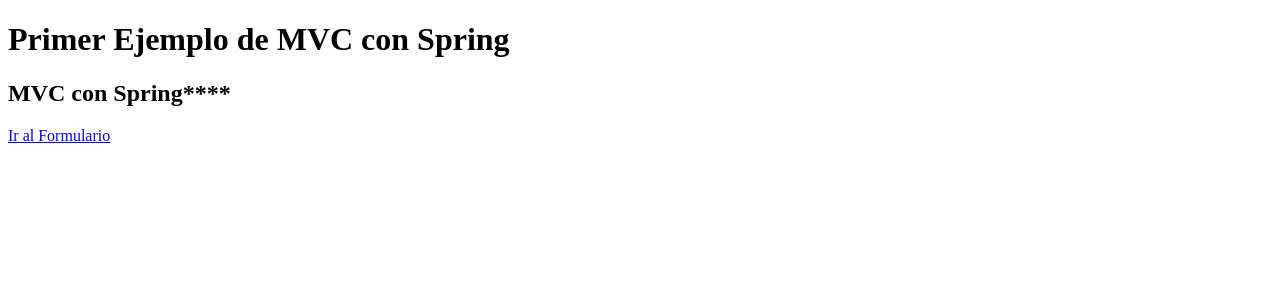
Repository: darwinuzcategui/cursoSpring
Page: http://localhost/Spring_Ejemplo1_MVC/
The author's editor kept a copy of each file at every save. The page is drawn from the files as they stood at one save, then again after the next save.
The browser window is 1280 px wide. The pictures show the whole page.
The page is served by Tomcat 9. Other server files are loaded and not shown.

Above is the page before, as saved 2021-02-08 01:13:17.

### Spring_Ejemplo1_MVC/WebContent/WEB-INF/vista/paginaEjemplo.jsp
<%@ page language="java" contentType="text/html; charset=UTF-8"
    pageEncoding="UTF-8"%>
<!DOCTYPE html>
<html>
<head>
<meta charset="UTF-8">
<title>MI primer ejmplo MVC con Spring</title>
</head>
<body>
<h1>
Primer Ejemplo de MVC con Spring
</h1>
<h2>
MVC con Spring****
</h2>
<a href="secundaria/muestraFormulario">Ir al Formulario</a>

</body>
</html>

After the next save:
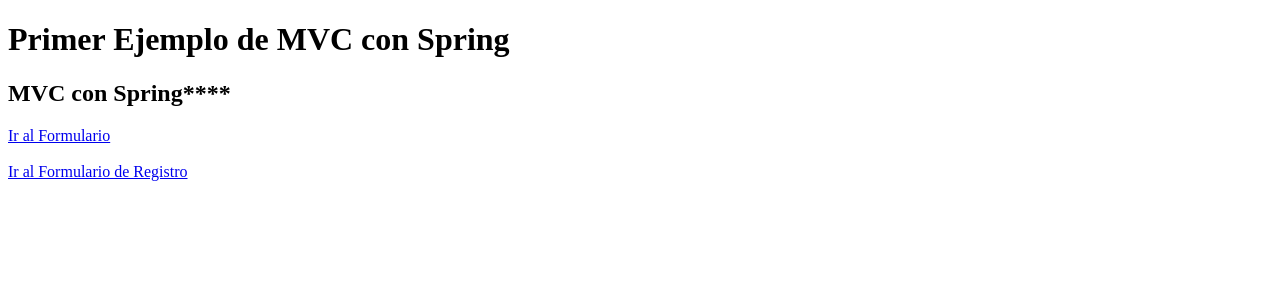
Saved 2 min 18 s later.
--- a/Spring_Ejemplo1_MVC/WebContent/WEB-INF/vista/paginaEjemplo.jsp
+++ b/Spring_Ejemplo1_MVC/WebContent/WEB-INF/vista/paginaEjemplo.jsp
@@ -14,6 +14,9 @@
 MVC con Spring****
 </h2>
 <a href="secundaria/muestraFormulario">Ir al Formulario</a>
+<br><br>
+
+<a href="alumno/muestraFormulario">Ir al Formulario de Registro</a>
 
 </body>
 </html>
